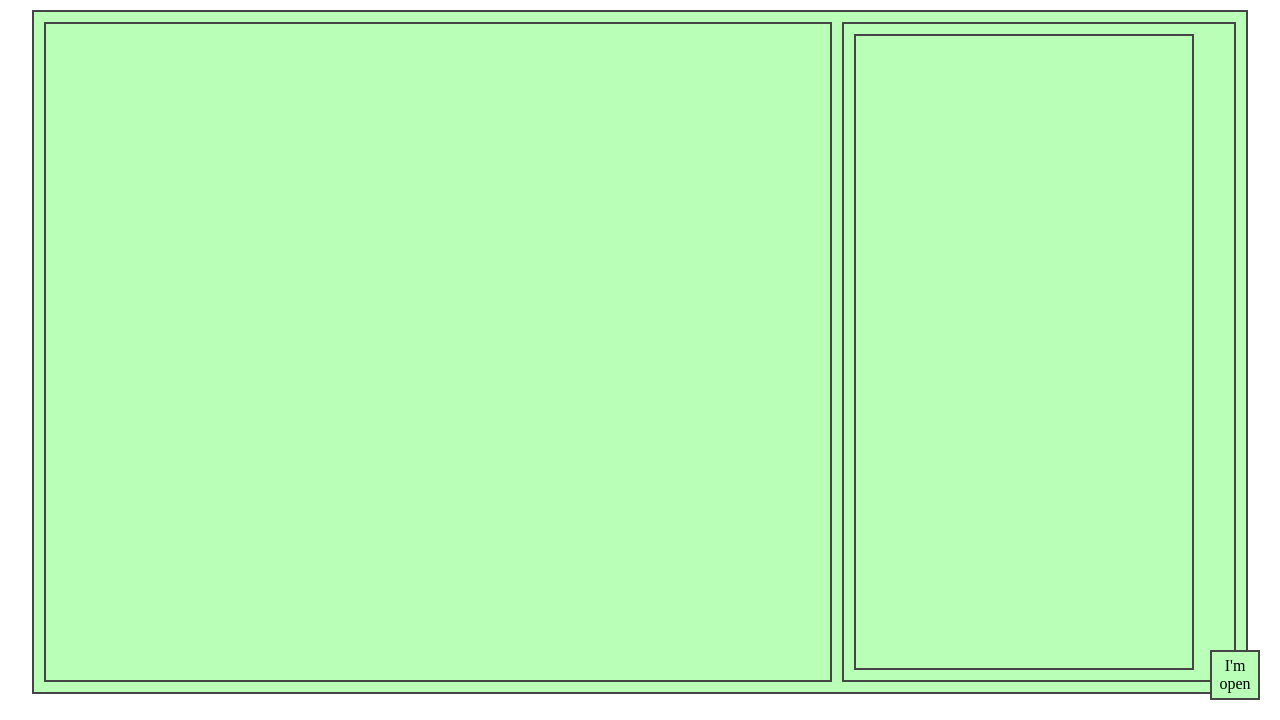
Repository: tannerbroberts/tannerbroberts.github.io
Page: /
These files come from the project's save history. The page is drawn as it stood at one moment and after the next save; the edit follows.
The browser window is 1280 px wide. The pictures show the whole page.
The project was rebuilt for these pictures with package versions that can differ from the ones it lists, and the page was loaded fresh each time. Also part of the build but not shown: vite.config.ts.

Above is the page before, as saved 2022-10-04 09:59:18.

After the next save:
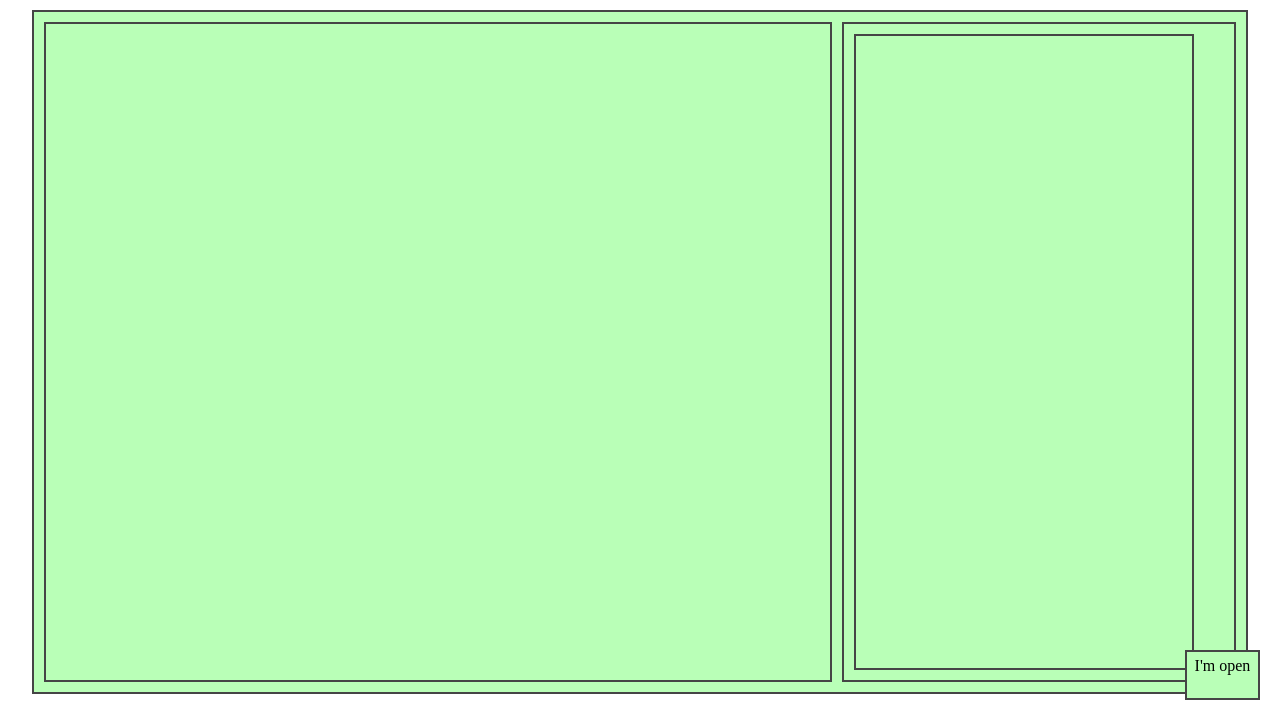
Saved 22 s later.
--- a/src/components/Shelf/ShelfToggle/ShelfToggle.js
+++ b/src/components/Shelf/ShelfToggle/ShelfToggle.js
@@ -14,7 +14,7 @@ export default function ShelfToggle() {
 		bottom: "20px",
 		right: "20px",
 		height: "50px",
-		width: "50px",
+		width: "75px",
 		padding: "5px",
 		textAlign: "center",
 	}
